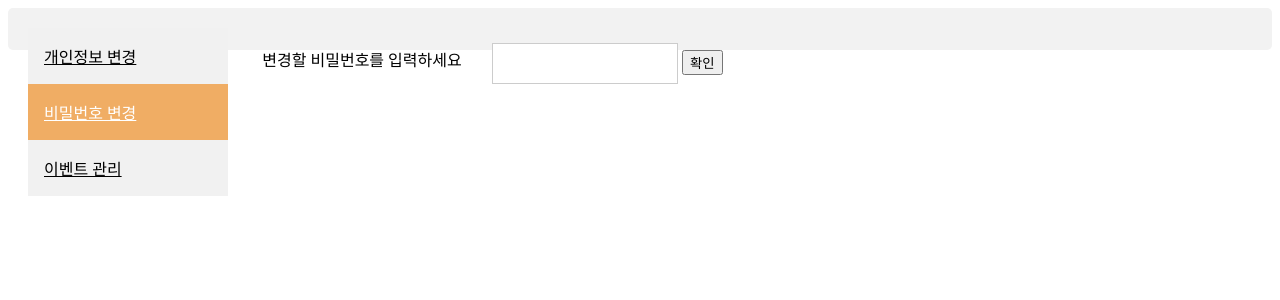
Repository: kdw0937/UdongProject
Page: http://localhost/matjib2/jsp/pass.jsp
An editor plug-in stored every save of this project. The page is shown before and after the next save, followed by the edit.
The browser window is 1280 px wide. The pictures show the whole page.
The page is served by Tomcat 9. Other server files are loaded and not shown.

Above is the page before, as saved 2021-01-21 16:26:46.

### matjib2/src/main/webapp/jsp/pass.jsp
<%@ page language="java" contentType="text/html; charset=UTF-8"
    pageEncoding="UTF-8"%>
    <%@ taglib uri="http://www.springframework.org/tags/form" prefix="form"%>
<!DOCTYPE html>
<html>
<head>
<meta name="viewport" content="width=device-width, initial-scale=1">
<link rel="stylesheet" type="text/css"
	href="${pageContext.request.contextPath}/css/mypage_pw.css">
<!-- <script src="https://code.jquery.com/jquery-3.4.1.min.js"></script> -->

<meta charset="EUC-KR">
<title>Store_Management</title>
<script type="text/javascript" src="resources/js/jquery-3.5.1.min.js"
	charset="utf-8"></script>
</head>
<body>

	<div class="store_container">
		<form action="../jsp/pword.html" method="post">
			<div class="sidebar">
				<a  href="../jsp/mypage.html">개인정보 변경</a>
				<a class="active" href="../jsp/password.html">비밀번호 변경</a>
				<a href="../main/event1.html">이벤트 관리</a>
			</div>
			<div class="content">
		<div class="row">
			<div class="col-25">
				<label >변경할 비밀번호를 입력하세요</label>
			</div>
			<div class="col-75">
				<input type = "hidden" name = "user_id" value = "${loginUser }"/>
				<input name = "password" id = "pwd" type = "password">
				<button class="btn" type ="submit">확인</button>
			</div>
			</div>
		</div>
		</form>
	</div>

</body>
</html>

### matjib2/src/main/webapp/css/mypage_pw.css
@charset "EUC-KR";


* {
  box-sizing: border-box;
}

/* <!-- 파일 업로드 --> */

	 .input_wrap input[type=file] {
            display: none;
        }

        .my_button {
            display: inline-block;
            width: 200px;
            text-align: center;
            padding: 10px;
            background-color: #006BCC;
            color: #fff;
            text-decoration: none;
            border-radius: 5px;
        }
        .imgs_wrap {

            margin-top: 30px;
            margin-bottom: 30px;
            padding-top: 10px;
            padding-bottom: 10px;

        }

        .imgs_wrap img {
        	width:150px;
        	height:150px;
            max-width: 150px;
            margin-left: 10px;
            margin-right: 10px;
        }

        .imgs_wrap2{
        	margin-top: 30px;
            margin-bottom: 30px;
            padding-top: 10px;
            padding-bottom: 10px;
        }

        .imgs_wrap2 img{
 	        width:150px;
        	height:150px;
            max-width: 150px;
            margin-left: 10px;
            margin-right: 10px;
        }


input[type=text], select, textarea {
  width: 50%;
  padding: 12px 20px;
  margin: 8px 0;
  display: inline-block;
  border: 1px solid #ccc;
  box-sizing: border-box;
}

input[type=button], select, textarea {
	padding:0 32px;
	line-height: 40px;
	border:1px solid #f0ad64;
	border-radius: 2px;
	color:#f0ad64;
	letter-spacing:0.1em;
	font-weight:bold;
	text-transform:uppercase;
	display:inline-block;
	text-decoration:none;
	font-style:normal;
	background:none;
	transition:0.4s;
}
input[type=password], select, textarea {
  width: 25%;
  padding: 12px 20px;
  margin: 8px 0;
  display: inline-block;
  border: 1px solid #ccc;
  box-sizing: border-box;
}
.sidebar {
  margin: 0;
  padding: 0;
  width: 200px;
  background-color: #f1f1f1;
  height: 100%;
  overflow: auto;
  float:left;
}

.sidebar a {
  display: block;
  color: black;
  padding: 16px;
  /* text-decoration: none; */
}

.sidebar a {
   /* float: left; */
}

.sidebar a.active {
  background-color: #f0ad64;
  color: white;
}

.sidebar a:hover:not(.active) {
  background-color: #555;
  color: white;
}

div.content {
  margin-left: 200px;
  padding: 1px 16px;
  /* height: 1000px; */
}
div.secession_content{
	margin-left :200px;
	padding: 1px 16px;
	height:100px;
}

@media screen and (max-width: 700px) {
  .sidebar {
    width: 100%;
    height: auto;
    position: relative;
  }
  .sidebar a {float: left;}
  div.content {margin-left: 0;}
  div.secession_content{margin-left: 0;}
}

@media screen and (max-width: 400px) {
  .sidebar a {
    text-align: center;
    float: none;
  }
}
label {
  padding: 12px 12px 12px 0;
  display: inline-block;
}

.store_bottom{
   text-align:center;
}

.store_bottom input[type=submit] {
  color: white;

  margin: 8px 0;
  border:1px solid #f0ad64;
  color:#f0ad64;
  font-weight:bold;
  cursor: pointer;
  width: 40%;
}

.store_bottom input[type=submit]:hover {
  opacity: 0.8;
  background:#f0ad64;
  color:#fff;
}

.store_container {
  border-radius: 5px;
  background-color: #f2f2f2;
  padding: 20px;
}

.col-25 {
  float: left;
  width: 25%;
  margin-top: 6px;
  text-align:center;
}

.col-75 {
  float: left;
  width: 75%;
  margin-top: 6px;
}

/* Clear floats after the columns */
.row:after {
  content: "";
  display: table;
  /* clear: both; */
}

/* Responsive layout - when the screen is less than 600px wide, make the two columns stack on top of each other instead of next to each other */
@media screen and (max-width: 600px) {
  .col-25, .col-75, input[type=submit] {
    width: 100%;
    margin-top: 0;
  }
}

Loaded but not shown: matjib2/src/main/webapp/js/jquery-3.5.1.min.js (library)

After the next save:
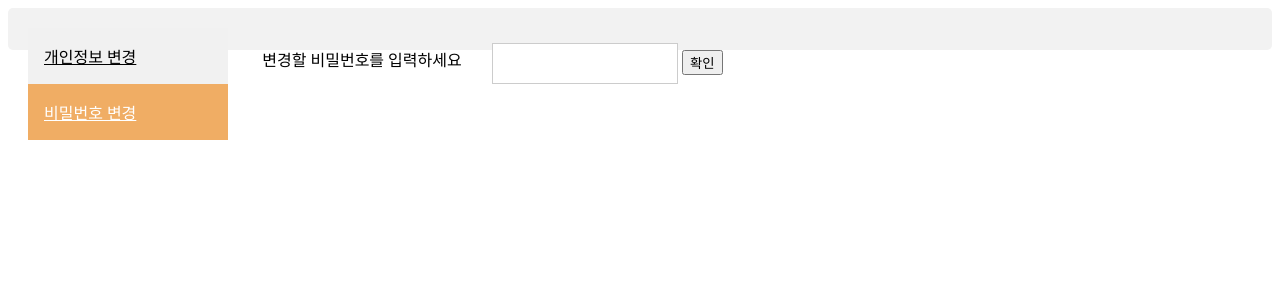
Saved 31 s later.
--- a/matjib2/src/main/webapp/jsp/pass.jsp
+++ b/matjib2/src/main/webapp/jsp/pass.jsp
@@ -21,7 +21,7 @@
 			<div class="sidebar">
 				<a  href="../jsp/mypage.html">개인정보 변경</a>
 				<a class="active" href="../jsp/password.html">비밀번호 변경</a>
-				<a href="../main/event1.html">이벤트 관리</a>
+
 			</div>
 			<div class="content">
 		<div class="row">
